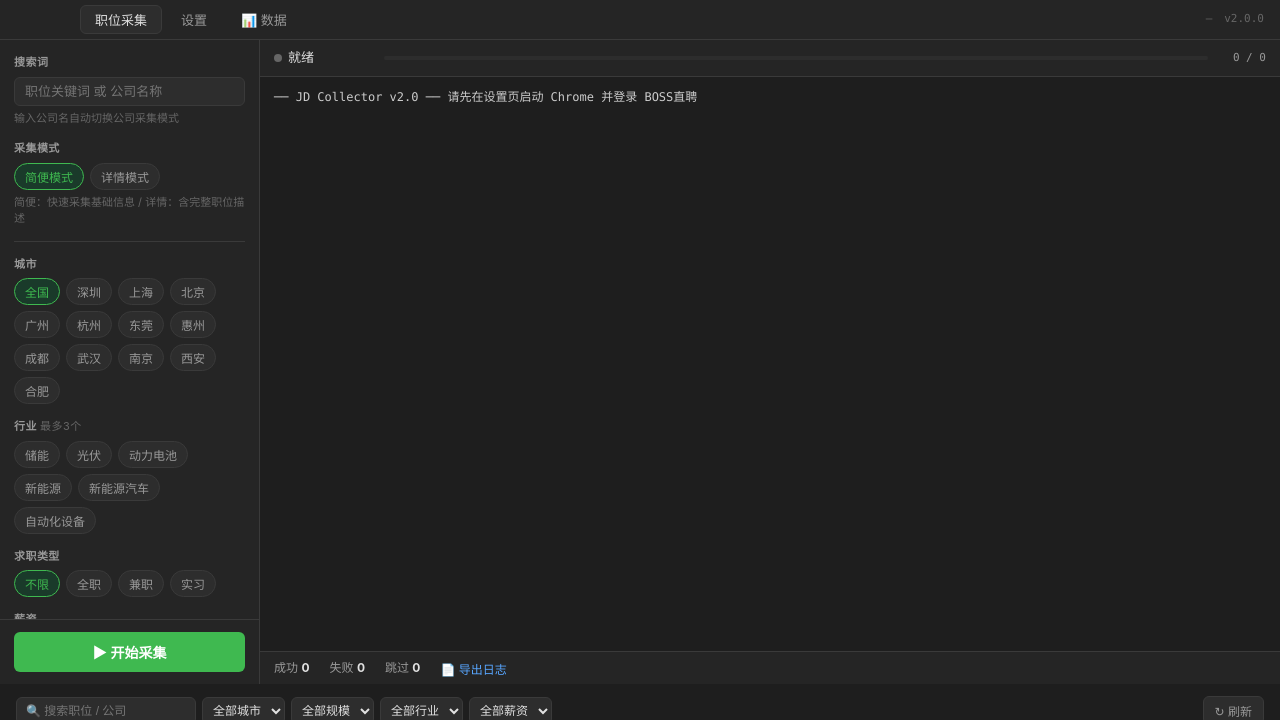
Repository: luhu9012/JD-Collector
Page: ui/index.html
An editor plug-in stored every save of this project. The page is shown before and after the next save, followed by the edit.
The browser window is 1280 px wide. The pictures show the whole page.
An inner scrolling area shows only its first screen.

Above is the page before, as saved 2026-06-15 07:25:09.

After the next save:
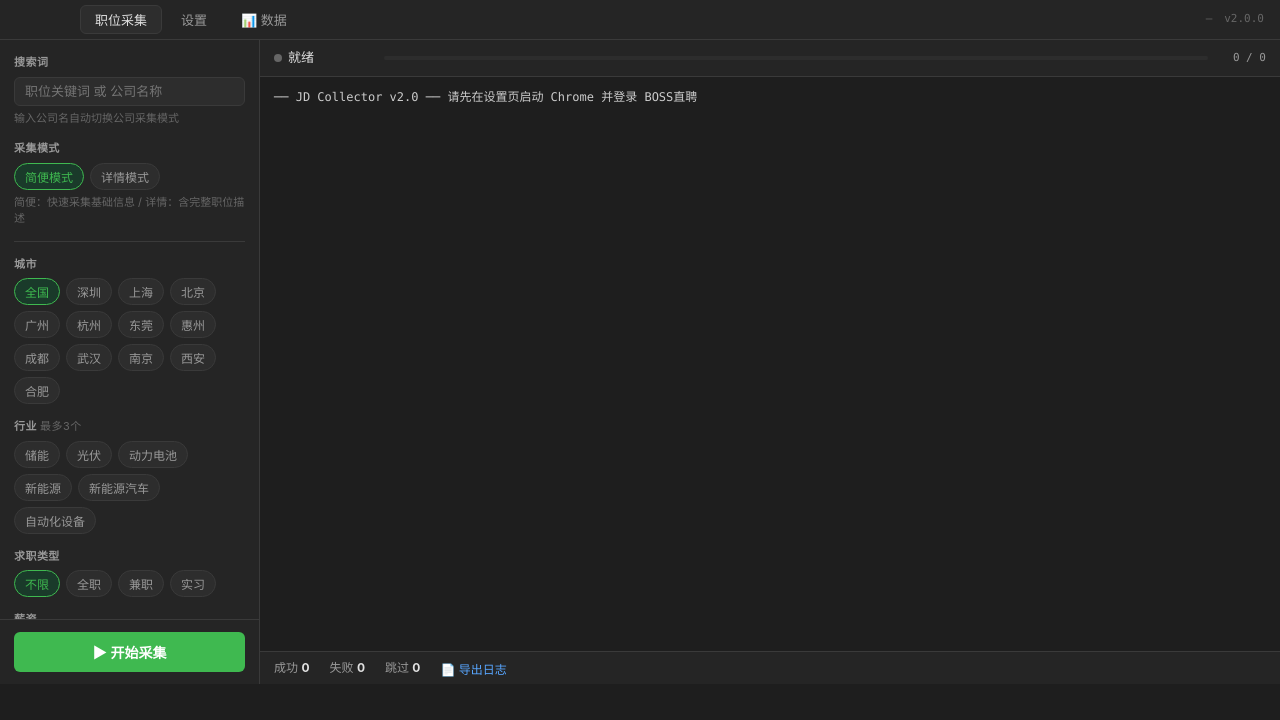
Saved 92 s later.
--- a/ui/index.html
+++ b/ui/index.html
@@ -295,7 +295,7 @@
 </div>
 
 <!-- ══ 数据 Tab 内容 ══════════════════════════════════ -->
-<div class="tab-content" id="tab-data">
+<div class="tab-content hidden" id="tab-data">
 
   <!-- 加载遮罩 -->
   <div id="data-loading" class="data-loading hidden">

After the save that followed:
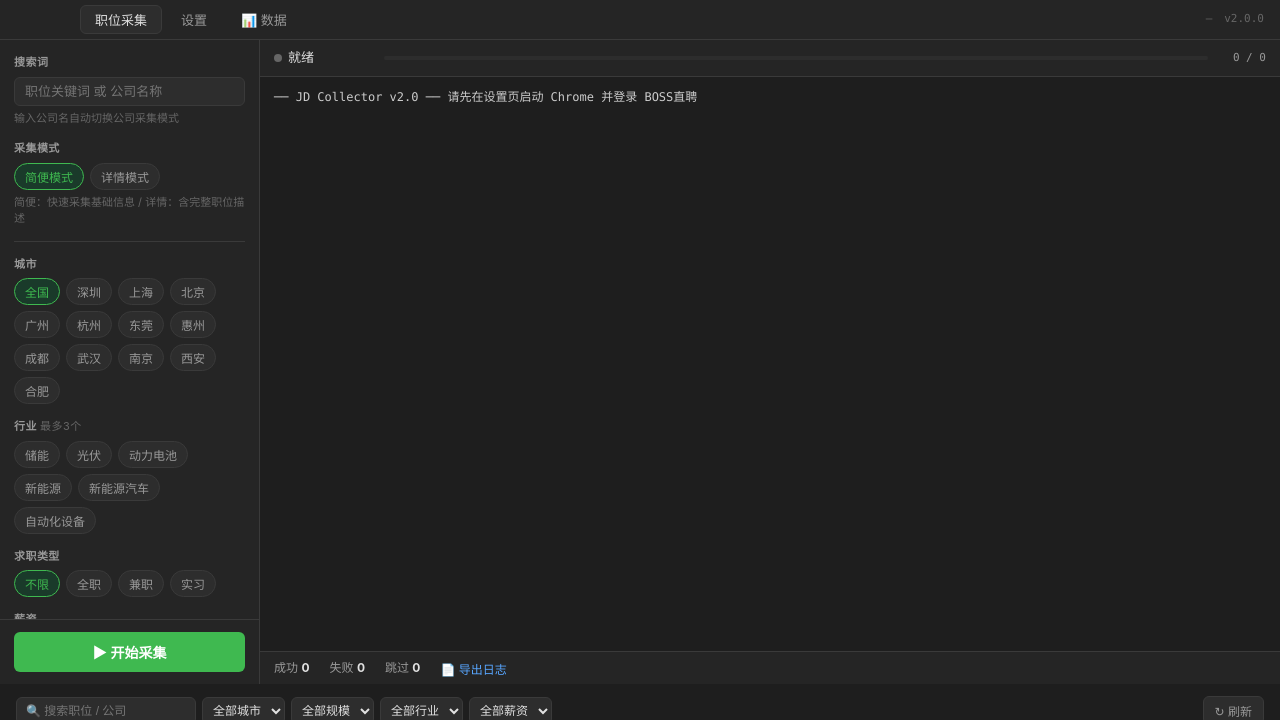
Saved 2 min 53 s later.
--- a/ui/index.html
+++ b/ui/index.html
@@ -295,7 +295,7 @@
 </div>
 
 <!-- ══ 数据 Tab 内容 ══════════════════════════════════ -->
-<div class="tab-content hidden" id="tab-data">
+<div class="tab-content" id="tab-data">
 
   <!-- 加载遮罩 -->
   <div id="data-loading" class="data-loading hidden">
